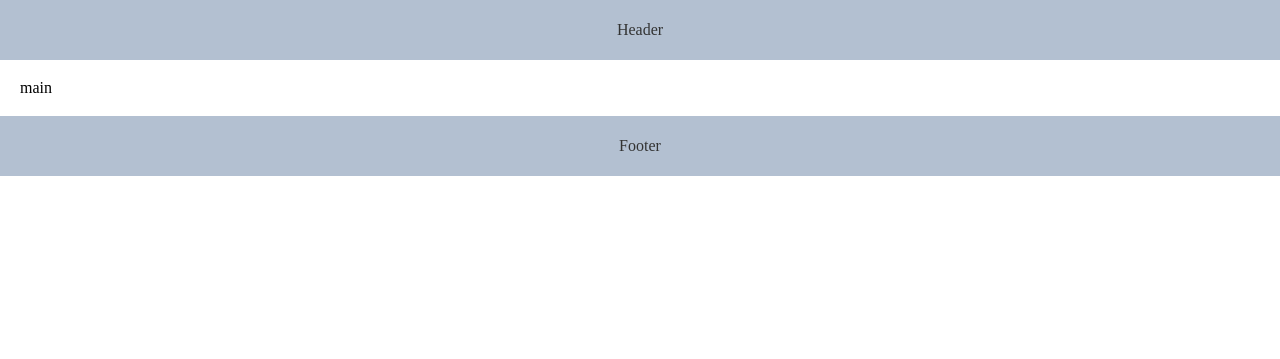
Repository: Trayvon21/cnode
Page: /
These files come from the project's save history. The page is drawn as it stood at one moment and after the next save; the edit follows.
The browser window is 1280 px wide. The pictures show the whole page.
The project was rebuilt for these pictures with package versions that can differ from the ones it lists, and the page was loaded fresh each time. Also part of the build but not shown: vue.config.js.

Above is the page before, as saved 2019-12-16 12:49:16.

### public/index.html
<!DOCTYPE html>
<html lang="en">

<head>
    <meta charset="utf-8">
    <meta http-equiv="X-UA-Compatible" content="IE=edge">
    <meta name="viewport" content="width=device-width,initial-scale=1.0">
    <link rel="stylesheet" href="./css/reset.css">
    <link rel="icon" href="<%= BASE_URL %>favicon.ico">
    <title>demo</title>
</head>

<body>
    <noscript>
      <strong>We're sorry but demo doesn't work properly without JavaScript enabled. Please enable it to continue.</strong>
    </noscript>
    <div id="app"></div>
    <!-- built files will be auto injected -->
</body>

</html>

### src/main.js
import Vue from 'vue'
import App from './App.vue'
import router from './router'
import store from './store'
import service from './http'
import ElementUI from 'element-ui';
import 'element-ui/lib/theme-chalk/index.css';
import axios from 'axios'
Vue.use(ElementUI);
Vue.config.productionTip = false
Vue.prototype.$axios = service
new Vue({
    router,
    store,
    render: h => h(App)
}).$mount('#app')

### src/App.vue
<template>
 <div>
<router-view></router-view>
 </div>
</template>

<script>
 export default {
   data () {
     return {

     }
   },
   components: {

   },
   methods: {

   },
   mounted() {

   },
   watch: {

   },
   computed: {

   }
 }
</script>

<style scoped lang='scss'>

</style>

### src/router/index.js
import Vue from 'vue'
import VueRouter from 'vue-router'
import Home from '../views/Home.vue'

Vue.use(VueRouter)

const routes = [{
        path: '/',
        component: Home,
        children: [{
            path: '',
            name: 'main',
            component: () =>
                import ('../views/main/Main')
        }]
    }, {
        path: '/login',
        component: Home,
        children: [{
            path: '',
            name: 'login',
            component: () =>
                import ('../views/Login/Login')
        }]
    }, {
        path: '/:id',
        component: Home,
        children: [{
            path: '',
            name: 'detail',
            component: () =>
                import ('../views/detail/Detail')
        }]
    }, {
        path: '*',
        name: 'error',
        component: () => ('../views/error')
    }

]

const router = new VueRouter({
    mode: 'history',
    base: process.env.BASE_URL,
    routes
})

export default router

### src/http/index.js
import axios from 'axios'
import qs from 'qs'
import { Loading, Message } from 'element-ui'

// let loading = null


// 判断当前环境是生产环境还是开发环境
// process.env.NODE_ENV的值决定当前环境
// production为生产环境 development为开发环境
const isProduction = process.env.NODE_ENV === 'production'

// 创建axios配置对象
const service = axios.create()

// 接口基础路径
service.defaults.baseURL = isProduction ? '线上接口路径' : '/api'

// 超时时间
service.defaults.timeout = 10000
    // 请求头类型
service.defaults.headers.post['Content-Type'] = 'application/x-www-form-urlencoded'

// 请求拦截器
service.interceptors.request.use(config => {
    loading = Loading.service({
        text: '正在加载中......'
    })
    let token = localStorage.getItem('adminToken')
        // 每次请求 都在请求头带上token
    if (token) {
        config.headers['Authorization'] = 'Bearer ' + token
    }
    return config
}, err => {
    console.log(err)
    return Promise.reject(err)
})

// 响应拦截器
service.interceptors.response.use(response => {
    if (loading) {
        loading.close()
    }
    return response.data
}, err => {
    // if (err.response.status === 401) {
    //   Message.error(err.response.data.msg)
    // }
})

service.req = function(...params) {
    if (params.length === 1) {
        return service.get(params[0])
    }
    if (params.length === 2) {
        return service.post(params[0], qs.stringify(params[1]))
    }
}

export default service

### src/views/Home.vue
<template>
  <div>
    <el-container>
      <el-header>Header</el-header>
      <el-main>
        <router-view />
      </el-main>
      <el-footer>Footer</el-footer>
    </el-container>
  </div>
</template>

<script>
export default {
  data() {
    return {};
  },
  components: {},
  methods: {},
  mounted() {},
  watch: {},
  computed: {}
};
</script>

<style scoped lang='scss'>
 .el-header, .el-footer {
    background-color: #B3C0D1;
    color: #333;
    text-align: center;
    line-height: 60px;
  }
</style>

### src/views/main/Main.vue
<template>
  <div>main</div>
</template>

<script>
export default {
  data() {
    return {};
  },
  components: {},
  methods: {},
  mounted() {},
  watch: {},
  computed: {}
};
</script>

<style scoped lang='scss'>
</style>

Loaded but not shown: src/store/index.js (common file); public/css/reset.css (common file)

After the next save:
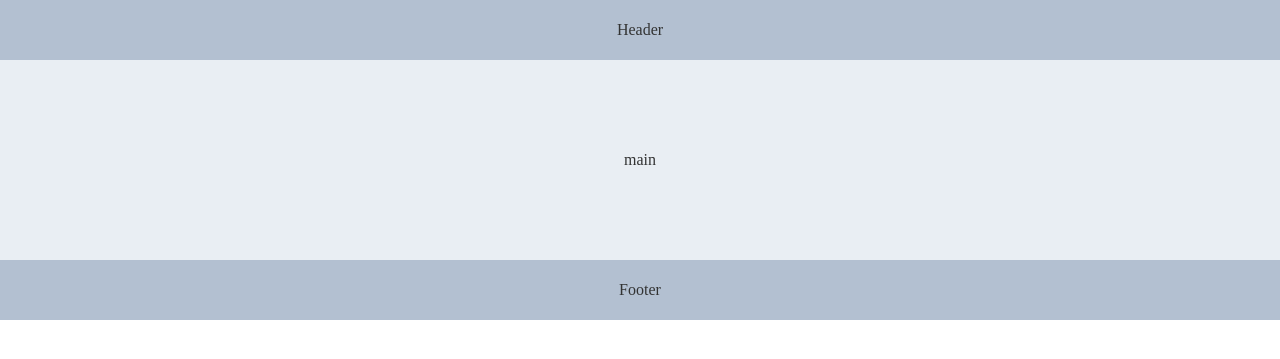
Saved 19 s later.
--- a/src/views/Home.vue
+++ b/src/views/Home.vue
@@ -24,6 +24,12 @@ export default {
 </script>
 
 <style scoped lang='scss'>
+  .el-main {
+    background-color: #E9EEF3;
+    color: #333;
+    text-align: center;
+    line-height: 160px;
+  }
  .el-header, .el-footer {
     background-color: #B3C0D1;
     color: #333;
